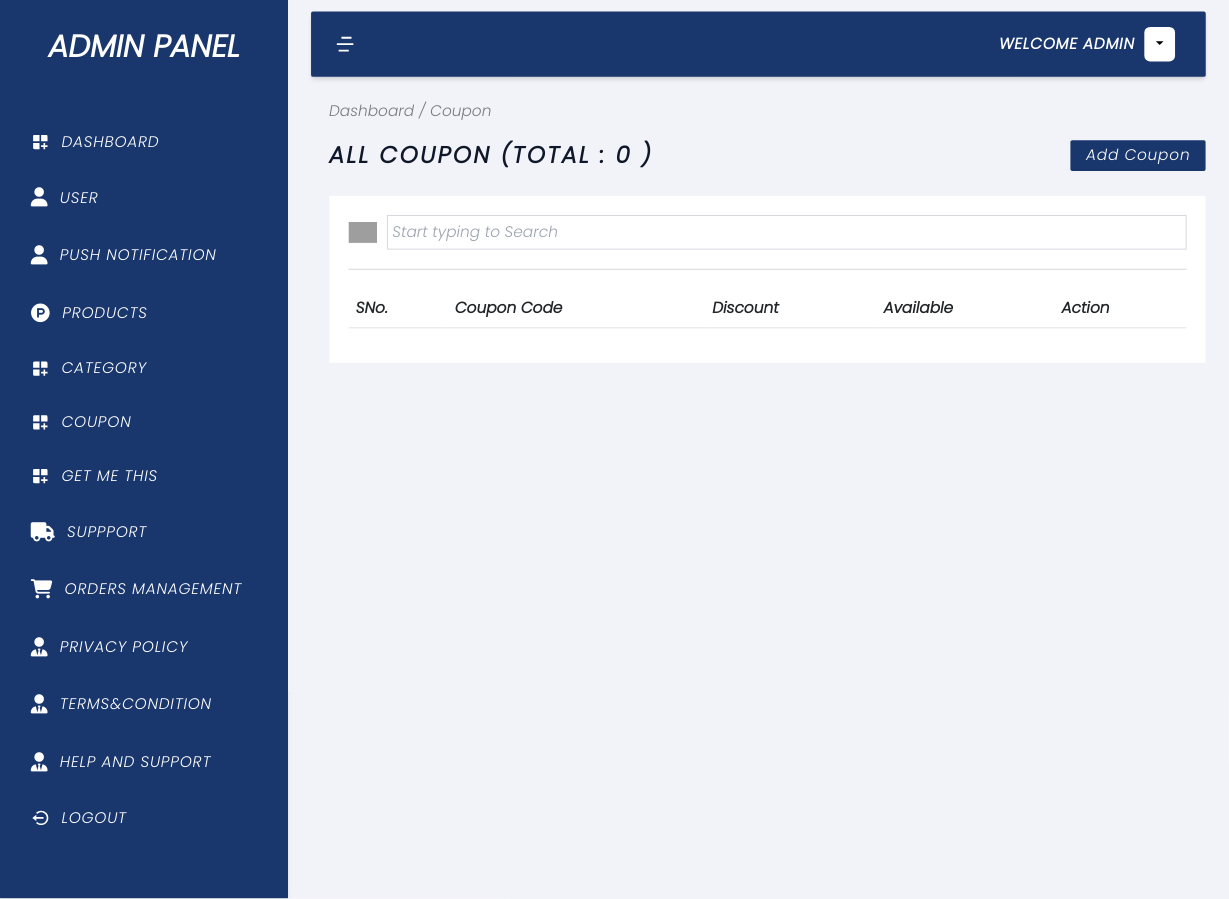
Repository: arpanmalik/project-khanna
Page: /coupon
The author's editor kept a copy of each file at every save. The page is drawn from the files as they stood at one save, then again after the next save.
The browser window is 1280 px wide. The pictures show the whole page, at 96% of full size.
Pictures or frames that could not be fetched are drawn as grey boxes. The page's requests for data from a server got no answer. Some web libraries are served in a nearby version. The project was rebuilt for these pictures with package versions that can differ from the ones it lists, and the page was loaded fresh each time. No one was signed in, and anything a server would have sent is missing. Also part of the build but not shown: src/E-CommerceAdmin/forms/Login.jsx, src/E-CommerceAdmin/pages/Dashboard.jsx, src/E-CommerceAdmin/pages/ECategory.js, src/E-CommerceAdmin/pages/EProduct.js, src/E-CommerceAdmin/pages/EVendorList.js, src/E-CommerceAdmin/pages/EAdminOrders.js, src/E-CommerceAdmin/pages/EAdminProduct.js, src/E-CommerceAdmin/pages/EAdminDelivery.js and 11 more. Imported but missing from the stored project, and not drawn on this page: src/E-CommerceAdmin/pages/Component/SpinnerComp, src/E-CommerceVendor/forms/EVendorLogin, src/E-CommerceVendor/pages/EVCategory, src/E-CommerceVendor/pages/EVCoupon, src/E-CommerceVendor/pages/EVDashboard, src/E-CommerceVendor/pages/EVOrders, src/E-CommerceVendor/pages/EVProduct, src/E-CommerceVendor/pages/EVSubCategory.

Above is the page before, as saved 2023-05-16 15:47:16.

After the next save:
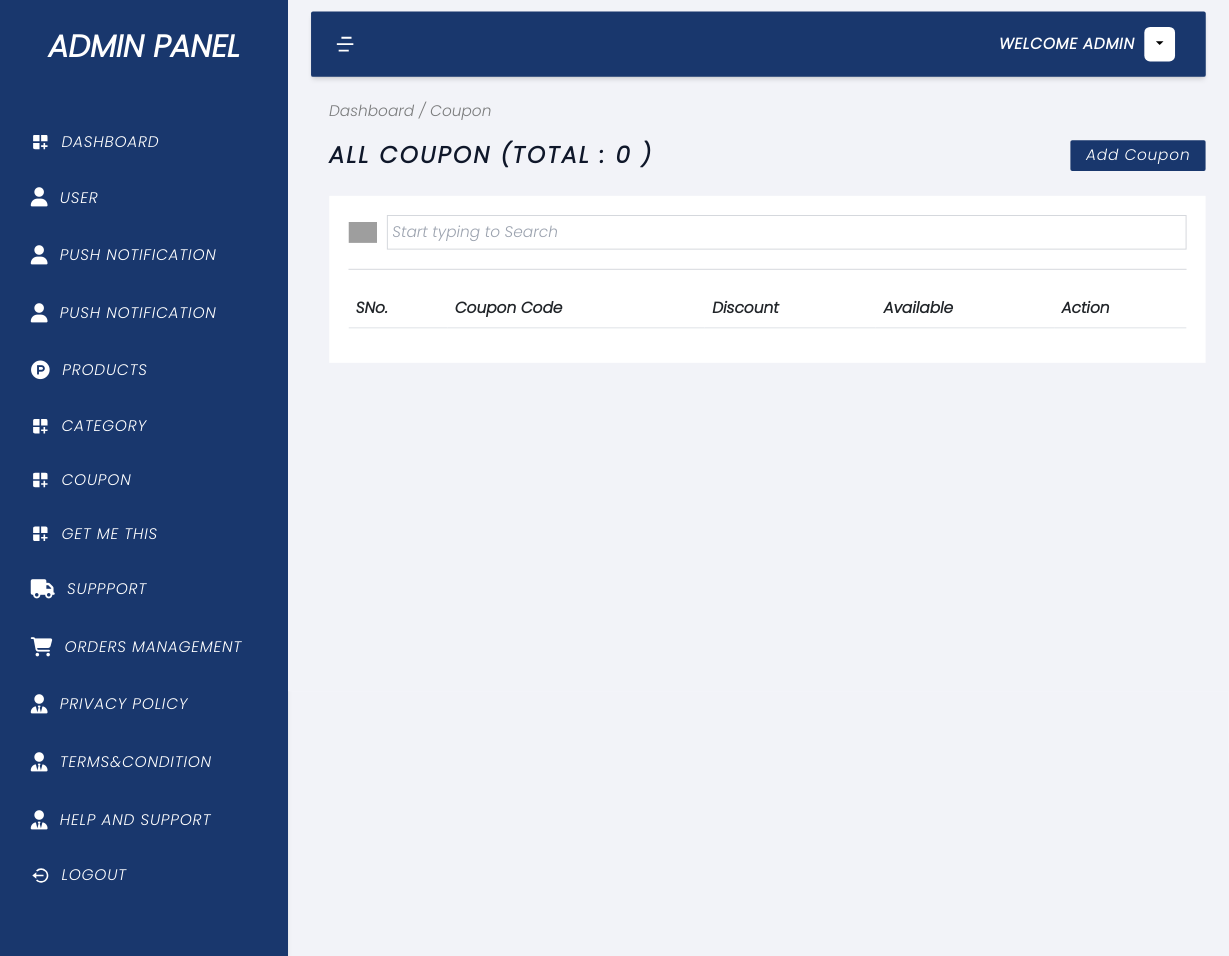
Saved 8 s later.
--- a/src/E-CommerceAdmin/layout/Sidebar.jsx
+++ b/src/E-CommerceAdmin/layout/Sidebar.jsx
@@ -20,6 +20,12 @@ const Sidebar = ({ hamb, setHamb }) => {
       link: "/Admin",
       name: "User",
     },
+    {
+      icon: <i className="fa-solid fa-user text-xl mr-3 rounded-full"></i>,
+      link: "/pushNotification",
+      name: "Push Notification",
+    },
+
     {
       icon: <i className="fa-solid fa-user text-xl mr-3 rounded-full"></i>,
       link: "/pushNotification",
